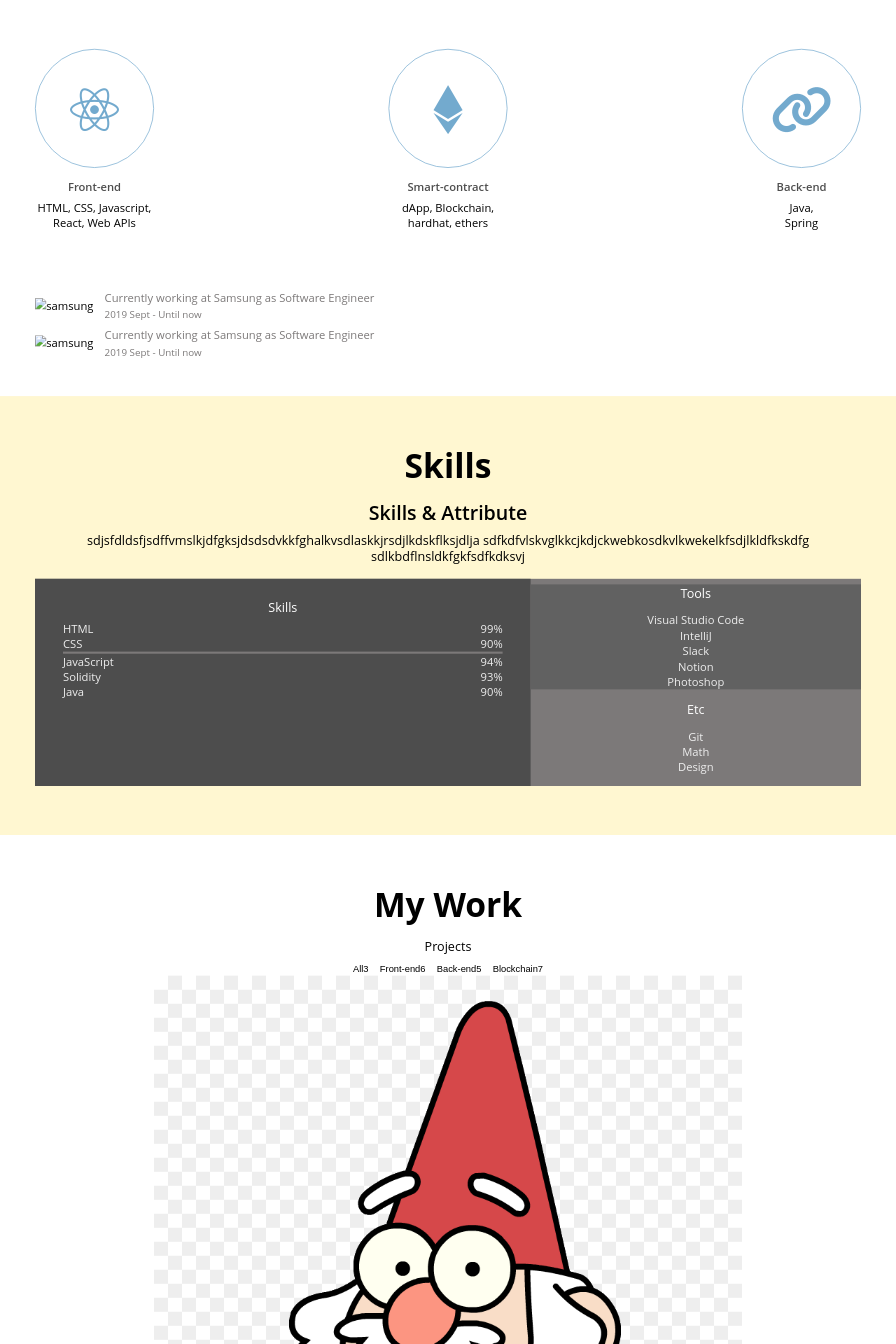
Repository: woojinShim/woojinShim.github.io
Page: index.html
An editor plug-in stored every save of this project. The page is shown before and after the next save, followed by the edit.
The browser window is 1280 px wide. The pictures show the part of the page from y = 917 to 2837 px (the page is 6993 px tall), at 70% of full size.
Some web libraries are served in a nearby version.

Above is the page before, as saved 2022-03-08 20:15:59.

After the next save:
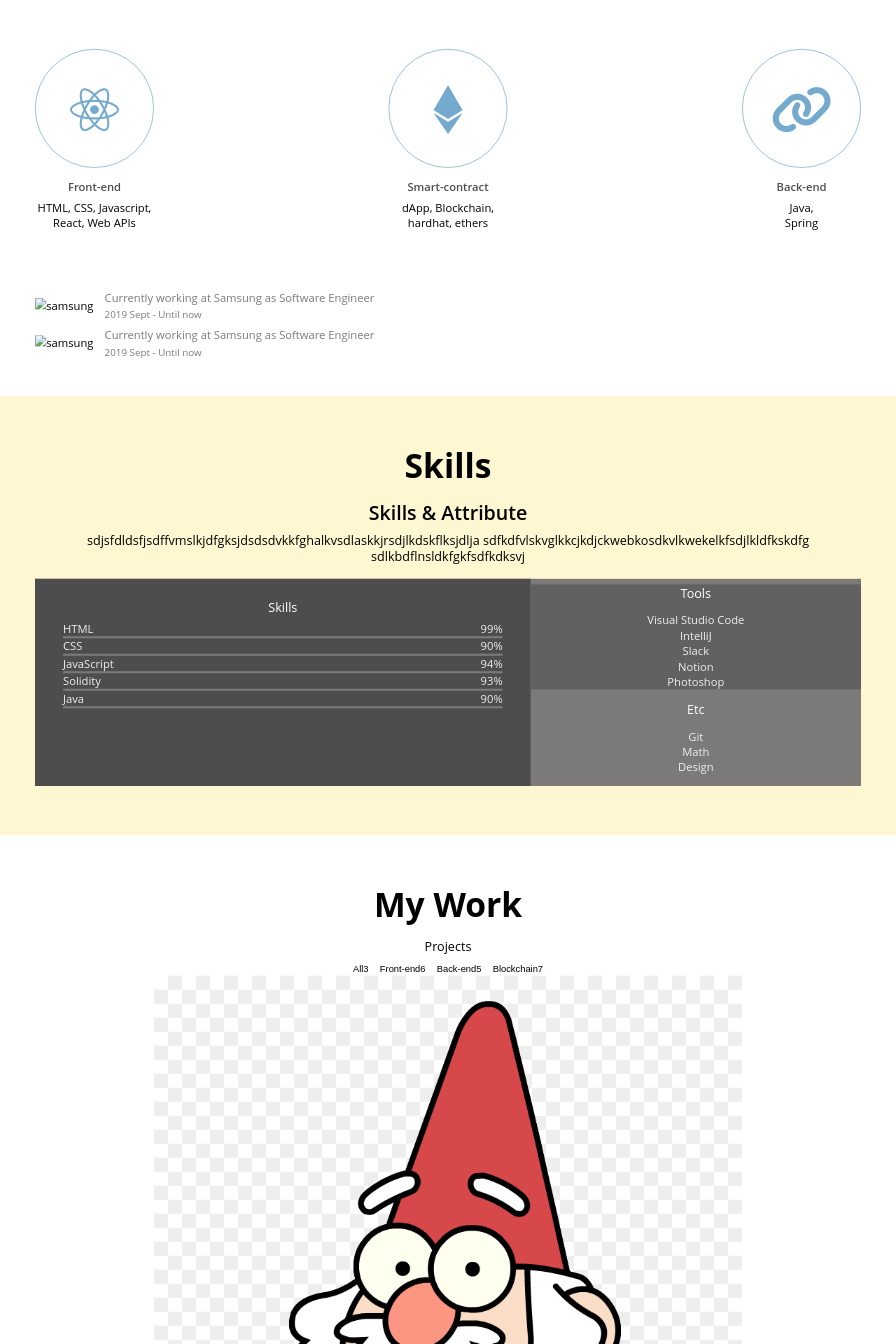
Saved 56 s later.
--- a/index.html
+++ b/index.html
@@ -113,6 +113,9 @@
                         <span>HTML</span>
                         <span>99%</span>
                     </div>
+                    <div class="skill__bar">
+                        <div class="skill__value"></div>
+                    </div>
                     <div class="skill_description">
                         <span>CSS</span>
                         <span>90%</span>
@@ -124,15 +127,23 @@
                         <span>JavaScript</span>
                         <span>94%</span>
                     </div>
+                    <div class="skill__bar">
+                        <div class="skill__value"></div>
+                    </div>
                     <div class="skill_description">
                         <span>Solidity</span>
                         <span>93%</span>
                     </div>
+                    <div class="skill__bar">
+                        <div class="skill__value"></div>
+                    </div>
                     <div class="skill_description">
                         <span>Java</span>
                         <span>90%</span>
                     </div>
-
+                    <div class="skill__bar">
+                        <div class="skill__value"></div>
+                    </div>
                 </div>
             </div>
             <div class="skillset__right">
